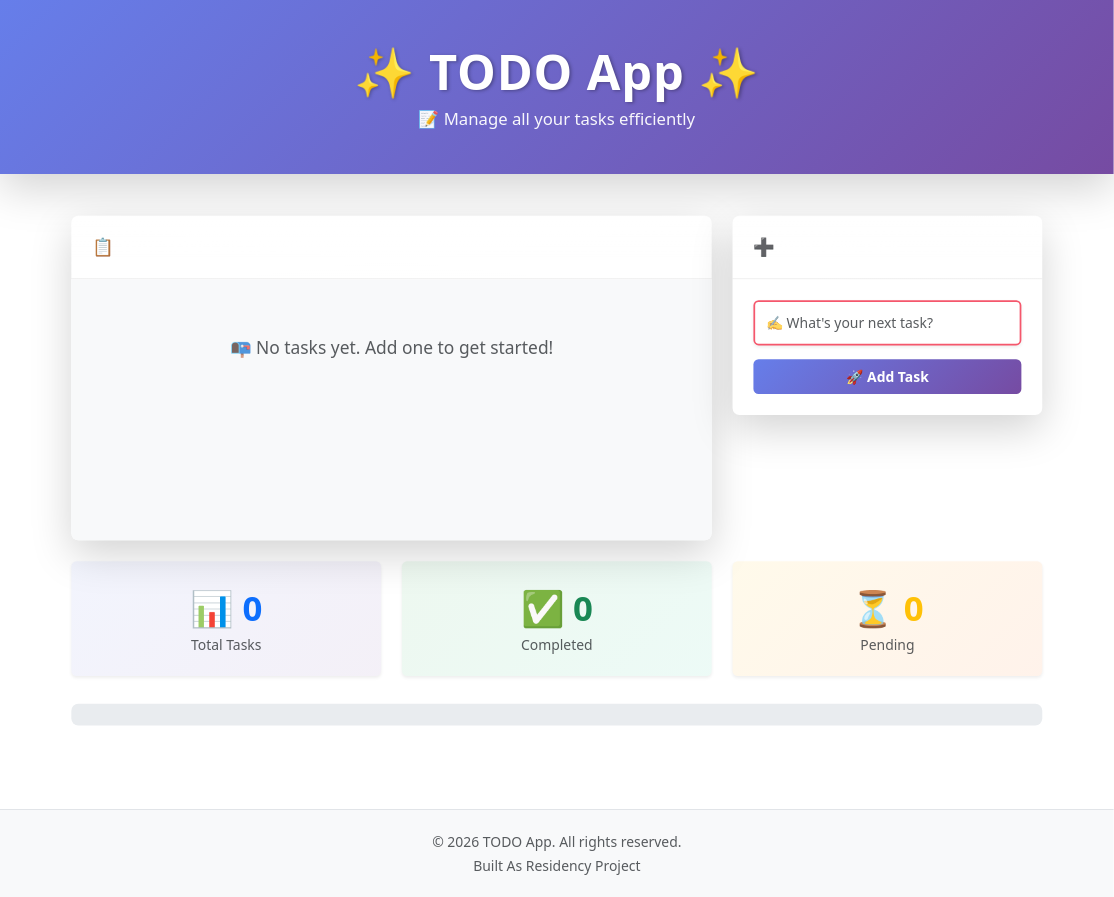
Repository: arunkr12/Master-In-Computer-Science
Page: Advanced Programming Language/Residency Project Team One Arun Javascript Version/TODO/index.html
An editor plug-in stored every save of this project. The page is shown before and after the next save, followed by the edit.
The browser window is 1280 px wide. The pictures show the whole page, at 87% of full size.
The page's requests for data from a server got no answer. Some web libraries are served in a nearby version.

Above is the page before, as saved 2026-02-20 18:44:20.

### Advanced Programming Language/Residency Project Team One Arun Javascript Version/TODO/index.html
<!doctype html>
<html lang="en">
  <head>
    <meta charset="UTF-8" />
    <meta name="viewport" content="width=device-width, initial-scale=1.0" />
    <title>TODO App</title>
    <link
      href="https://cdn.jsdelivr.net/npm/bootstrap@5.3.8/dist/css/bootstrap.min.css"
      rel="stylesheet"
    />
    <link href="https://cdn.tailwindcss.com" rel="stylesheet" />
    <style>
      body {
        display: flex;
        flex-direction: column;
        min-height: 100vh;
      }
      main {
        flex: 1;
      }
      footer {
        background-color: #f8f9fa;
        border-top: 1px solid #dee2e6;
      }
    </style>
  </head>
  <body>
    <div id="app"></div>

    <script src="https://cdn.jsdelivr.net/npm/bootstrap@5.3.8/dist/js/bootstrap.bundle.min.js"></script>
    <script type="module" src="app.js"></script>
  </body>
</html>

### Advanced Programming Language/Residency Project Team One Arun Javascript Version/TODO/app.js
import ToDoContainer from "./ToDoContainer/ToDoContainer.js";

// Initialize the app
const app = document.getElementById("app");
const todoContainer = new ToDoContainer();

// Load todos from JSON Server and render the app
async function initializeApp() {
  await todoContainer.initialize();
  app.innerHTML = todoContainer.render();
  setupEventListeners();
}

function setupEventListeners() {
  // Add todo button click
  const addBtn = document.querySelector(".add-todo-btn");
  const inputField = document.querySelector(".add-todo-input");

  if (addBtn) {
    addBtn.addEventListener("click", async () => {
      const text = inputField.value;
      if (text.trim()) {
        await todoContainer.addTodoItem(text);
        app.innerHTML = todoContainer.render();
        setupEventListeners();
        inputField.value = "";
      }
    });

    inputField.addEventListener("keypress", async (e) => {
      if (e.key === "Enter") {
        const text = inputField.value;
        if (text.trim()) {
          await todoContainer.addTodoItem(text);
          app.innerHTML = todoContainer.render();
          setupEventListeners();
          inputField.value = "";
        }
      }
    });
  }

  // Delete buttons
  const deleteButtons = document.querySelectorAll(".delete-btn");
  deleteButtons.forEach((btn) => {
    btn.addEventListener("click", async () => {
      const id = parseInt(btn.getAttribute("data-id"));
      await todoContainer.deleteTodoItem(id);
      app.innerHTML = todoContainer.render();
      setupEventListeners();
    });
  });

  // Edit buttons
  const editButtons = document.querySelectorAll(".edit-btn");
  editButtons.forEach((btn) => {
    btn.addEventListener("click", async () => {
      const id = parseInt(btn.getAttribute("data-id"));
      const newText = prompt("Edit task:");
      if (newText) {
        await todoContainer.editTodoItem(id, newText);
        app.innerHTML = todoContainer.render();
        setupEventListeners();
      }
    });
  });

  // Toggle checkboxes
  const checkboxes = document.querySelectorAll(".todo-checkbox");
  checkboxes.forEach((checkbox) => {
    checkbox.addEventListener("change", async () => {
      const id = parseInt(checkbox.getAttribute("data-id"));
      await todoContainer.toggleTodoItem(id);
      app.innerHTML = todoContainer.render();
      setupEventListeners();
    });
  });
}

// Initialize the app when DOM is ready
initializeApp();

### Advanced Programming Language/Residency Project Team One Arun Javascript Version/TODO/ToDoContainer/ToDoContainer.js
import Header from "../Header/Header.js";
import Footer from "../Footer/Footer.js";
import ToDoList from "../ToDoList/ToDoList.js";
import AddTodo from "../AddTodo/AddTodo.js";
import Stats from "../Stats/Stats.js";
import TodoService from "../Services/TodoService.js";

class ToDoContainer {
  constructor() {
    this.header = new Header("TODO App", "Manage all your tasks efficiently");
    this.footer = new Footer(2026, "TODO App");
    this.todoList = new ToDoList();
    this.addTodo = new AddTodo();
    this.stats = new Stats();
    this.todoService = new TodoService();

    this.todos = [];
  }

  async initialize() {
    this.todos = await this.todoService.getTodos();
    this.updateComponents();
  }

  updateComponents() {
    this.todoList.setTodos(this.todos);
    this.stats.setTodos(this.todos);
  }

  async addTodoItem(text) {
    if (text.trim()) {
      const newTodo = await this.todoService.addTodo(text);
      if (newTodo) {
        this.todos.push(newTodo);
        this.updateComponents();
        return newTodo;
      }
    }
    return null;
  }

  async editTodoItem(id, newText) {
    if (newText.trim()) {
      const updated = await this.todoService.updateTodo(id, {
        text: newText.trim(),
      });
      if (updated) {
        const todo = this.todos.find((t) => t.id === id);
        if (todo) {
          todo.text = newText.trim();
          this.updateComponents();
        }
        return updated;
      }
    }
    return null;
  }

  async toggleTodoItem(id) {
    const todo = this.todos.find((t) => t.id === id);
    if (todo) {
      const updated = await this.todoService.updateTodo(id, {
        completed: !todo.completed,
      });
      if (updated) {
        todo.completed = updated.completed;
        this.updateComponents();
      }
      return updated;
    }
    return null;
  }

  async deleteTodoItem(id) {
    const success = await this.todoService.deleteTodo(id);
    if (success) {
      this.todos = this.todos.filter((t) => t.id !== id);
      this.updateComponents();
      return true;
    }
    return false;
  }

  render() {
    const header = this.header.render();
    const mainContent = this.renderMain();
    const footer = this.footer.render();

    return `
            ${header}
            ${mainContent}
            ${footer}
        `;
  }

  renderMain() {
    const todoListHtml = this.todoList.render();
    const addTodoHtml = this.addTodo.render();
    const statsHtml = this.stats.render();

    return `
            <main class="py-5">
                <div class="container">
                    <div class="row mb-4">
                        <div class="col-md-8">
                            ${todoListHtml}
                        </div>
                        <div class="col-md-4">
                            ${addTodoHtml}
                        </div>
                    </div>
                    ${statsHtml}
                </div>
            </main>
        `;
  }

  getTodos() {
    return this.todos;
  }
}

export default ToDoContainer;

### Advanced Programming Language/Residency Project Team One Arun Javascript Version/TODO/Header/Header.js
class Header {
  constructor(
    title = "TODO App",
    subtitle = "Manage all your tasks efficiently",
  ) {
    this.title = title;
    this.subtitle = subtitle;
  }

  render() {
    return `
      <header class="bg-gradient-primary text-white py-5 shadow-lg" style="background: linear-gradient(135deg, #667eea 0%, #764ba2 100%);">
        <div class="container">
          <div class="text-center">
            <h1 class="m-0 display-4 fw-bold" style="text-shadow: 2px 2px 4px rgba(0,0,0,0.3); letter-spacing: 1px;">
              ✨ ${this.title} ✨
            </h1>
            <p class="m-0 mt-2 lead text-white" style="font-size: 1.2rem; opacity: 0.95;">
              📝 ${this.subtitle}
            </p>
          </div>
        </div>
      </header>
    `;
  }
}

export default Header;

### Advanced Programming Language/Residency Project Team One Arun Javascript Version/TODO/Footer/Footer.js
class Footer {
  constructor(year = 2026, projectName = "TODO App") {
    this.year = year;
    this.projectName = projectName;
  }

  render() {
    return `
      <footer class="py-4 mt-5">
        <div class="container text-center text-muted">
          <p class="mb-1">&copy; ${this.year} ${this.projectName}. All rights reserved.</p>
          <p class="mb-0">Built As Residency Project</p>
        </div>
      </footer>
    `;
  }
}

export default Footer;

### Advanced Programming Language/Residency Project Team One Arun Javascript Version/TODO/ToDoList/ToDoList.js
class ToDoList {
  constructor(todos = []) {
    this.todos = todos;
    this.editingId = null;
    this.editText = "";
  }

  setTodos(todos) {
    this.todos = todos;
  }

  renderTodoRow(todo) {
    const isEditing = this.editingId === todo.id;
    const statusIcon = todo.completed ? '✅' : '📌';

    return `
      <div class="list-group-item d-flex justify-content-between align-items-center p-3 border-0 shadow-sm mb-2"
           data-todo-id="${todo.id}"
           style="background: ${todo.completed ? '#f0f9ff' : '#fafbfc'}; border-left: 4px solid ${todo.completed ? '#28a745' : '#667eea'} !important; border-radius: 4px;">
        <div class="flex-grow-1 d-flex align-items-center">
          <input class="form-check-input me-3 todo-checkbox" type="checkbox"
                 data-id="${todo.id}"
                 style="width: 20px; height: 20px; cursor: pointer;"
                 ${todo.completed ? "checked" : ""}>
          <span class="todo-text fs-5 ${todo.completed ? "text-decoration-line-through text-success" : "text-dark fw-500"}"
                style="cursor: default;">
            ${statusIcon} ${todo.text}
          </span>
        </div>
        <div class="btn-group btn-group-sm" role="group">
          <button class="btn btn-sm btn-outline-warning edit-btn" data-id="${todo.id}" title="Edit" style="border-radius: 4px 0 0 4px;">
            ✏️ Edit
          </button>
          <button class="btn btn-sm btn-outline-danger delete-btn" data-id="${todo.id}" title="Delete" style="border-radius: 0 4px 4px 0;">
            🗑️ Delete
          </button>
        </div>
      </div>
    `;
  }

  render() {
    const todosHtml = this.todos
      .map((todo) => this.renderTodoRow(todo))
      .join("");

    return `
      <div class="card shadow-lg border-0" style="border-radius: 8px;">
        <div class="card-header bg-gradient p-4" style="background: linear-gradient(135deg, #667eea 0%, #764ba2 100%); border-radius: 8px 8px 0 0;">
          <h5 class="mb-0 text-white fw-bold">
            📋 Your TODO List (${this.todos.length} tasks)
          </h5>
        </div>
        <div class="p-3" style="min-height: 300px; background: #f8f9fa; border-radius: 0 0 8px 8px;">
          ${todosHtml || '<div class="text-center text-muted py-5"><p class="fs-5">📭 No tasks yet. Add one to get started!</p></div>'}
        </div>
      </div>
    `;
  }
}

export default ToDoList;

### Advanced Programming Language/Residency Project Team One Arun Javascript Version/TODO/AddTodo/AddTodo.js
class AddTodo {
  constructor(onAdd = null) {
    this.onAdd = onAdd;
    this.inputValue = "";
  }

  render() {
    return `
      <div class="card shadow-lg border-0" style="border-radius: 8px;">
        <div class="card-header bg-gradient p-4" style="background: linear-gradient(135deg, #f093fb 0%, #f5576c 100%); border-radius: 8px 8px 0 0;">
          <h5 class="card-title mb-0 text-white fw-bold">
            ➕ Add New Task
          </h5>
        </div>
        <div class="card-body p-4">
          <div class="mb-3">
            <input type="text" class="form-control add-todo-input shadow-sm"
                   placeholder="✍️ What's your next task?"
                   id="newTaskInput"
                   style="border: 2px solid #f5576c; border-radius: 6px; padding: 12px; font-size: 1rem;">
          </div>
          <button class="btn btn-gradient w-100 add-todo-btn fw-bold py-2"
                  style="background: linear-gradient(135deg, #667eea 0%, #764ba2 100%); border: none; border-radius: 6px; color: white; font-size: 1rem; transition: all 0.3s ease;">
            🚀 Add Task
          </button>
        </div>
      </div>
    `;
  }
}

export default AddTodo;

### Advanced Programming Language/Residency Project Team One Arun Javascript Version/TODO/Stats/Stats.js
class Stats {
  constructor(todos = []) {
    this.todos = todos;
  }

  setTodos(todos) {
    this.todos = todos;
  }

  getTotalTasks() {
    return this.todos.length;
  }

  getCompletedTasks() {
    return this.todos.filter((t) => t.completed).length;
  }

  getPendingTasks() {
    return this.getTotalTasks() - this.getCompletedTasks();
  }

  render() {
    const total = this.getTotalTasks();
    const completed = this.getCompletedTasks();
    const pending = this.getPendingTasks();
    const percentage = total > 0 ? Math.round((completed / total) * 100) : 0;

    return `
      <div class="row mt-4">
        <div class="col-md-4 mb-3">
          <div class="card shadow-sm border-0 text-center p-4" style="background: linear-gradient(135deg, #667eea15 0%, #764ba215 100%); border-left: 4px solid #667eea;">
            <div class="text-primary fw-bold" style="font-size: 2.5rem;">📊 ${total}</div>
            <div class="text-muted fw-500">Total Tasks</div>
          </div>
        </div>
        <div class="col-md-4 mb-3">
          <div class="card shadow-sm border-0 text-center p-4" style="background: linear-gradient(135deg, #28a74515 0%, #20c99715 100%); border-left: 4px solid #28a745;">
            <div class="text-success fw-bold" style="font-size: 2.5rem;">✅ ${completed}</div>
            <div class="text-muted fw-500">Completed</div>
          </div>
        </div>
        <div class="col-md-4 mb-3">
          <div class="card shadow-sm border-0 text-center p-4" style="background: linear-gradient(135deg, #ffc10715 0%, #ff650715 100%); border-left: 4px solid #ff6b6b;">
            <div class="text-warning fw-bold" style="font-size: 2.5rem;">⏳ ${pending}</div>
            <div class="text-muted fw-500">Pending</div>
          </div>
        </div>
      </div>
      <div class="progress mt-3" style="height: 25px; border-radius: 8px;">
        <div class="progress-bar bg-success fw-bold" role="progressbar"
             style="width: ${percentage}%; border-radius: 8px;"
             aria-valuenow="${percentage}" aria-valuemin="0" aria-valuemax="100">
          ${percentage}% Complete
        </div>
      </div>
    `;
  }
}

export default Stats;

### Advanced Programming Language/Residency Project Team One Arun Javascript Version/TODO/Services/TodoService.js
class TodoService {
  constructor(apiUrl = "http://localhost:3000") {
    this.apiUrl = apiUrl;
    this.todosEndpoint = `${this.apiUrl}/todos`;
  }

  async getTodos() {
    try {
      const response = await fetch(this.todosEndpoint);
      if (!response.ok) throw new Error("Failed to fetch todos");
      return await response.json();
    } catch (error) {
      console.error("Error fetching todos:", error);
      return [];
    }
  }

  async addTodo(text) {
    try {
      const response = await fetch(this.todosEndpoint, {
        method: "POST",
        headers: { "Content-Type": "application/json" },
        body: JSON.stringify({
          text: text.trim(),
          completed: false,
        }),
      });
      if (!response.ok) throw new Error("Failed to add todo");
      return await response.json();
    } catch (error) {
      console.error("Error adding todo:", error);
      return null;
    }
  }

  async updateTodo(id, updates) {
    try {
      const response = await fetch(`${this.todosEndpoint}/${id}`, {
        method: "PATCH",
        headers: { "Content-Type": "application/json" },
        body: JSON.stringify(updates),
      });
      if (!response.ok) throw new Error("Failed to update todo");
      return await response.json();
    } catch (error) {
      console.error("Error updating todo:", error);
      return null;
    }
  }

  async deleteTodo(id) {
    try {
      const response = await fetch(`${this.todosEndpoint}/${id}`, {
        method: "DELETE",
      });
      if (!response.ok) throw new Error("Failed to delete todo");
      return true;
    } catch (error) {
      console.error("Error deleting todo:", error);
      return false;
    }
  }

  async toggleTodo(id, todos) {
    const todo = todos.find((t) => t.id === id);
    if (todo) {
      return this.updateTodo(id, { completed: !todo.completed });
    }
    return null;
  }
}

export default TodoService;

After the next save:
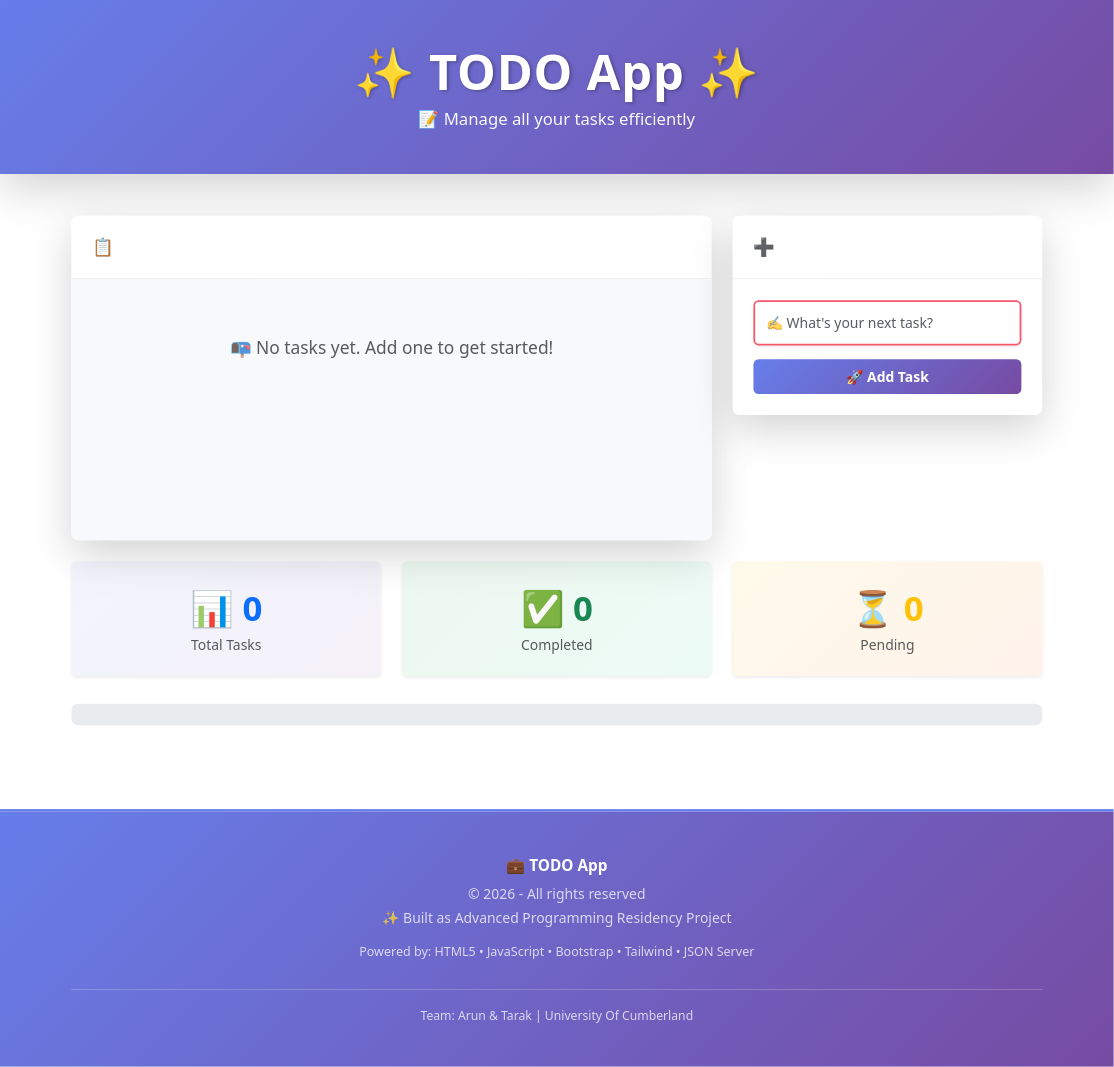
Saved 8 s later.
--- a/Advanced Programming Language/Residency Project Team One Arun Javascript Version/TODO/Footer/Footer.js
+++ b/Advanced Programming Language/Residency Project Team One Arun Javascript Version/TODO/Footer/Footer.js
@@ -6,10 +6,22 @@ class Footer {
 
   render() {
     return `
-      <footer class="py-4 mt-5">
-        <div class="container text-center text-muted">
-          <p class="mb-1">&copy; ${this.year} ${this.projectName}. All rights reserved.</p>
-          <p class="mb-0">Built As Residency Project</p>
+      <footer class="py-5 mt-5" style="background: linear-gradient(135deg, #667eea 0%, #764ba2 100%); color: white; border-top: 3px solid #667eea;">
+        <div class="container">
+          <div class="row text-center">
+            <div class="col-md-12">
+              <p class="mb-2 fw-bold" style="font-size: 1.1rem;">💼 ${this.projectName}</p>
+              <p class="mb-1 opacity-75">&copy; ${this.year} - All rights reserved</p>
+              <p class="mb-0 opacity-75">✨ Built as Advanced Programming Residency Project</p>
+              <p class="mt-3 opacity-75" style="font-size: 0.9rem;">
+                Powered by: HTML5 • JavaScript • Bootstrap • Tailwind • JSON Server
+              </p>
+            </div>
+          </div>
+          <hr class="my-3 opacity-25">
+          <div class="text-center opacity-75">
+            <small>Team: Arun & Tarak | University Of Cumberland</small>
+          </div>
         </div>
       </footer>
     `;
